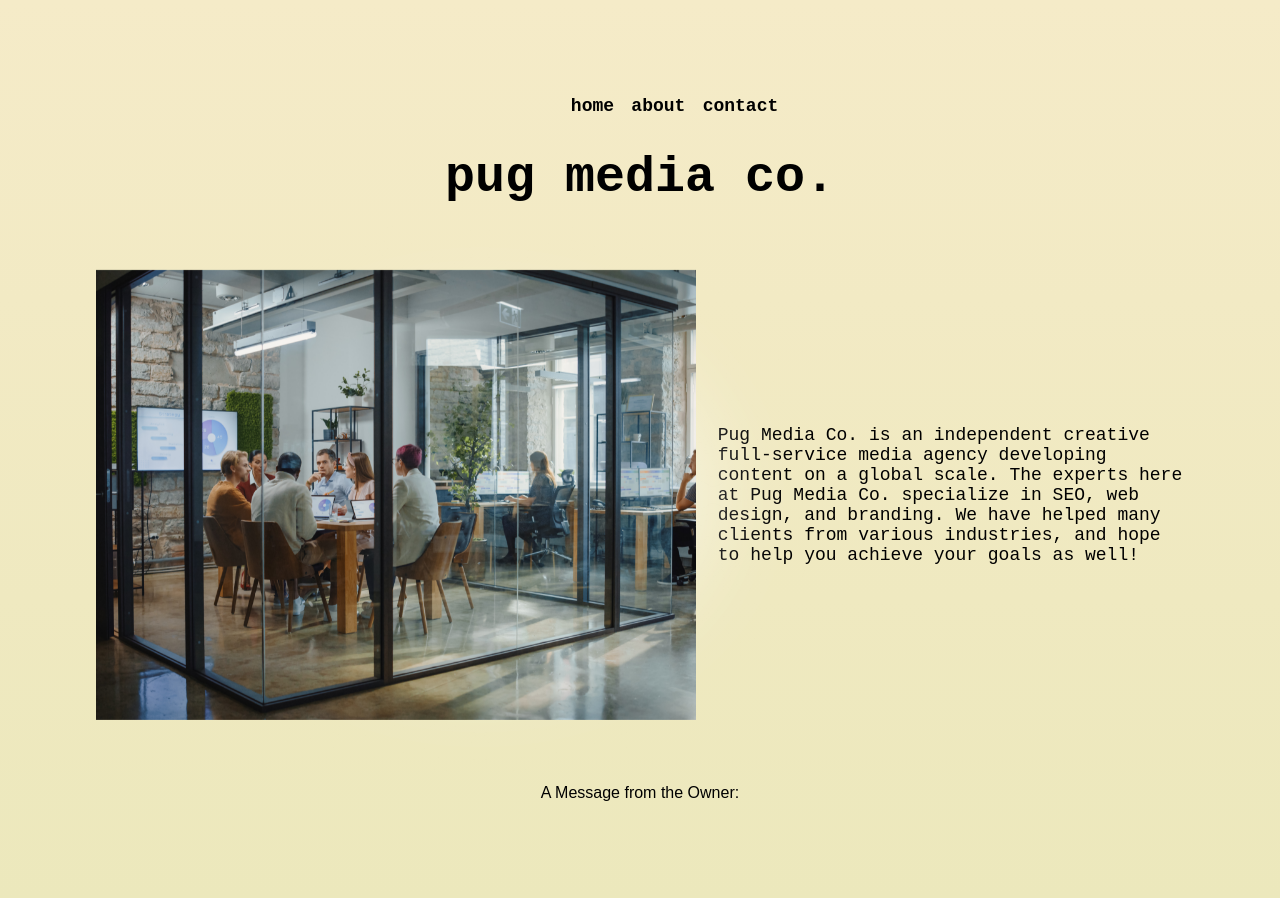
Repository: cheungglenda/MDIA2109-Week3
Page: /
An editor plug-in stored every save of this project. The page is shown before and after the next save, followed by the edit.
The browser window is 1280 px wide. The pictures show the whole page.
The project was rebuilt for these pictures with package versions that can differ from the ones it lists, and the page was loaded fresh each time. The framework's server and built-in components were replaced by stand-ins that run in the browser. Also part of the build but not shown: next.config.js, components/Card/index.js.

Above is the page before, as saved 2023-01-20 19:00:57.

### pages/index.js
import Head from 'next/head'
import Image from 'next/image'
import { Inter } from '@next/font/google'
import styles from '@/styles/Home.module.css'
import data from '../data/education.json'
import { useState } from 'react'
import Card from '../components/Card'
import Link from 'next/link'

const inter = Inter({ subsets: ['latin'] })

export default function Home() {

  /** ([...data]) enters the data in the useState and is calling that info. the useState has all the data from the education.json file */
  const [information, setInformation] = useState([...data])
  console.log(data);

  return (
    <>
      <Head>
        <title>Pug Media Co.</title>
        <meta name="description" content="Full-service digital marketing agency" />
        <meta name="viewport" content="width=device-width, initial-scale=1" />
        <link rel="icon" href="/favicon.ico" />
      </Head>
      <main className={styles.main}>
        <div className={styles.buttons}>
      <Link href="/" className={styles.links}>Home</Link>
      <Link href="../about" className={styles.links}>About</Link>
      <Link href="/" className={styles.links}>Contact</Link>
        </div>

        <div className={styles.meetTitle}>Pug Media Co.</div>
        <div className={styles.center}>
          <Image
            className={styles.logo}
            src="/office.jpeg"
            width={600}
            height={450}
          />
          <div className={styles.homeDesc}>
            Pug Media Co. is an independent creative full-service media agency developing content on a global scale. The experts here at Pug Media Co. specialize in SEO, web design, and branding. We have helped many clients from various industries, and hope to help you achieve your goals as well!
          </div>
        </div>


        <div className={styles.grid}>
          <div>A Message from the Owner:</div>

        </div>
      </main>
    </>
  )
}

/** .toLowerCase() is input when you don't want to worry about case sensitivity */

### styles/Home.module.css
.main {
  display: flex;
  flex-direction: column;
  justify-content: space-between;
  align-items: center;
  padding: 6rem;
  font-family:arial;
  min-height: 100vh;
  background-image: linear-gradient(rgb(245, 235, 200), rgb(236, 232, 188));

}

.buttons {
  display: flex;
  flex-direction:row;
  justify-content: space-evenly;
  margin-bottom:3%;
}

.links:hover {
  text-decoration:underline;
}

.links {
  font-size: 18px;
  max-width: var(--max-width);
  width: 100%;
  font-weight:900;
  font-family: 'Courier New', Courier, monospace;
  text-transform:lowercase;
  padding-left:10%;
}

.description {
  display: inherit;
  justify-content: inherit;
  align-items: inherit;
  font-size: 15px;
  max-width: var(--max-width);
  width: 100%;
  font-family: var(--font-mono);
}

.homeDesc {
  font-size: 18px;
  font-family:'Courier New', Courier, monospace;
  margin-left:2%;
}

.description a {
  display: flex;
  justify-content: center;
  align-items: center;
  gap: 0.5rem;
}

.description p {
  position: relative;
  margin: 0;
  padding: 1rem;
  background-color: rgba(var(--callout-rgb), 0.5);
  border: 1px solid rgba(var(--callout-border-rgb), 0.3);
  border-radius: var(--border-radius);
}

.code {
  font-weight: 700;
  font-family: var(--font-mono);
}

.meetTitle {
  font-size: 50px;
  font-weight:700;
  text-transform:lowercase;
  font-family:'Courier New', Courier, monospace;
  text-align:center;
}

.grid {
  display: flex;
  justify-content:center;
  width: var(--max-width);
  max-width: 100%;
  align-items:center;
  flex: 1;
}

.card {
  padding: 1rem 1.2rem;
  border-radius: var(--border-radius);
  background: rgba(var(--card-rgb), 0);
  border: 1px solid rgba(var(--card-border-rgb), 0);
  transition: background 200ms, border 200ms;
}

.card span {
  display: inline-block;
  transition: transform 200ms;
}

.info {
  font-family:Arial, Helvetica, sans-serif;
}

.card h2 {
  font-weight: 600;
  margin-bottom: 0.7rem;
}

.card p {
  margin: 0;
  opacity: 0.6;
  font-size: 0.9rem;
  line-height: 1.5;
  max-width: 30ch;
}


.employees {
  display:flex;
  gap:20px;
  width: 80%;
  text-align:center;
  font-family:'Courier New', Courier, monospace;
}

.titleDesc {
  font-size:16px;
  margin-bottom:3%;
}

.center {
  display: flex;
  justify-content: center;
  align-items: center;
  position: relative;
  padding: 4rem 0;
}

.center::before {
  background: var(--secondary-glow);
  border-radius: 50%;
  width: 480px;
  height: 360px;
  margin-left: -400px;
}

.center::after {
  background: var(--primary-glow);
  width: 240px;
  height: 180px;
  z-index: -1;
}

.center::before,
.center::after {
  content: '';
  left: 50%;
  position: absolute;
  filter: blur(45px);
  transform: translateZ(0);
}

.logo,
.thirteen {
  position: relative;
  object-fit:cover;
}

.thirteen {
  display: flex;
  justify-content: center;
  align-items: center;
  width: 75px;
  height: 75px;
  padding: 25px 10px;
  margin-left: 16px;
  transform: translateZ(0);
  border-radius: var(--border-radius);
  overflow: hidden;
  box-shadow: 0px 2px 8px -1px #0000001a;
}

.thirteen::before,
.thirteen::after {
  content: '';
  position: absolute;
  z-index: -1;
}

/* Conic Gradient Animation */
.thirteen::before {
  animation: 6s rotate linear infinite;
  width: 200%;
  height: 200%;
  background: var(--tile-border);
}

/* Inner Square */
.thirteen::after {
  inset: 0;
  padding: 1px;
  border-radius: var(--border-radius);
  background: linear-gradient(
    to bottom right,
    rgba(var(--tile-start-rgb), 1),
    rgba(var(--tile-end-rgb), 1)
  );
  background-clip: content-box;
}

/* Enable hover only on non-touch devices */
@media (hover: hover) and (pointer: fine) {
  .card:hover {
    background: rgba(var(--card-rgb), 0.1);
    border: 1px solid rgba(var(--card-border-rgb), 0.15);
  }

  .card:hover span {
    transform: translateX(4px);
  }
}

@media (prefers-reduced-motion) {
  .thirteen::before {
    animation: none;
  }

  .card:hover span {
    transform: none;
  }
}

/* Mobile */
@media (max-width: 700px) {
  .content {
    padding: 4rem;
  }

  .grid {
    grid-template-columns: 1fr;
    margin-bottom: 120px;
    max-width: 320px;
    text-align: center;
  }

  .card {
    padding: 1rem 2.5rem;
  }

  .card h2 {
    margin-bottom: 0.5rem;
  }

  .center {
    padding: 8rem 0 6rem;
  }

  .center::before {
    transform: none;
    height: 300px;
  }

  .description {
    font-size: 0.8rem;
  }

  .description a {
    padding: 1rem;
  }

  .description p,
  .description div {
    display: flex;
    justify-content: center;
    position: fixed;
    width: 100%;
  }

  .description p {
    align-items: center;
    inset: 0 0 auto;
    padding: 2rem 1rem 1.4rem;
    border-radius: 0;
    border: none;
    border-bottom: 1px solid rgba(var(--callout-border-rgb), 0.25);
    background: linear-gradient(
      to bottom,
      rgba(var(--background-start-rgb), 1),
      rgba(var(--callout-rgb), 0.5)
    );
    background-clip: padding-box;
    backdrop-filter: blur(24px);
  }

  .description div {
    align-items: flex-end;
    pointer-events: none;
    inset: auto 0 0;
    padding: 2rem;
    height: 200px;
    background: linear-gradient(
      to bottom,
      transparent 0%,
      rgb(var(--background-end-rgb)) 40%
    );
    z-index: 1;
  }
}

/* Tablet and Smaller Desktop */
@media (min-width: 701px) and (max-width: 1120px) {
  .grid {
    grid-template-columns: repeat(2, 50%);
  }
}

@media (prefers-color-scheme: dark) {

  .main {
    background-image: linear-gradient(rgb(51, 65, 14), rgb(169, 169, 110));
  }

  .vercelLogo {
    filter: invert(1);
  }

  .meetTitle {
    color:white;
  }

  .titleDesc {
    color:white;
  }

  .links {
    color: white;
  }

  .employees {
    color: black;
  }
}

@keyframes rotate {
  from {
    transform: rotate(360deg);
  }
  to {
    transform: rotate(0deg);
  }
}

### data/education.json
[
        {
            "studentNumber": "A0004567",
            "firstName": "Person 1",
            "gpa": 3.8,
            "department": "Business",
            "degree": "Finance",
            "graduted": 2014
        },
        {
            "studentNumber": "A0001234",
            "firstName": "Person 2",
            "gpa": 3.5,
            "department": "Business",
            "degree": "Accounting",
            "graduted": 2010
        },
        {
            "studentNumber": "A0007890",
            "firstName": "Person 3",
            "gpa": 3.2,
            "department": "Computing",
            "degree": "Applied Software Development Certificate",
            "graduted": 2018
        },
        {
            "studentNumber": "A0007828",
            "firstName": "Person 4",
            "gpa": 3.9,
            "department": "Computing",
            "degree": "Computer Systems Diploma",
            "graduted": 2021
        },
        {
            "studentNumber": "A0003425",
            "firstName": "Person 5",
            "gpa": 3.2,
            "department": "Computing",
            "degree": "Applied Computer Information Systems Certificate",
            "graduted": 2021
        }
]

Loaded but not shown: pages/_app.js (common file); pages/_document.js (common file); pages/api/hello.js (common file); styles/globals.css (common file)

After the next save:
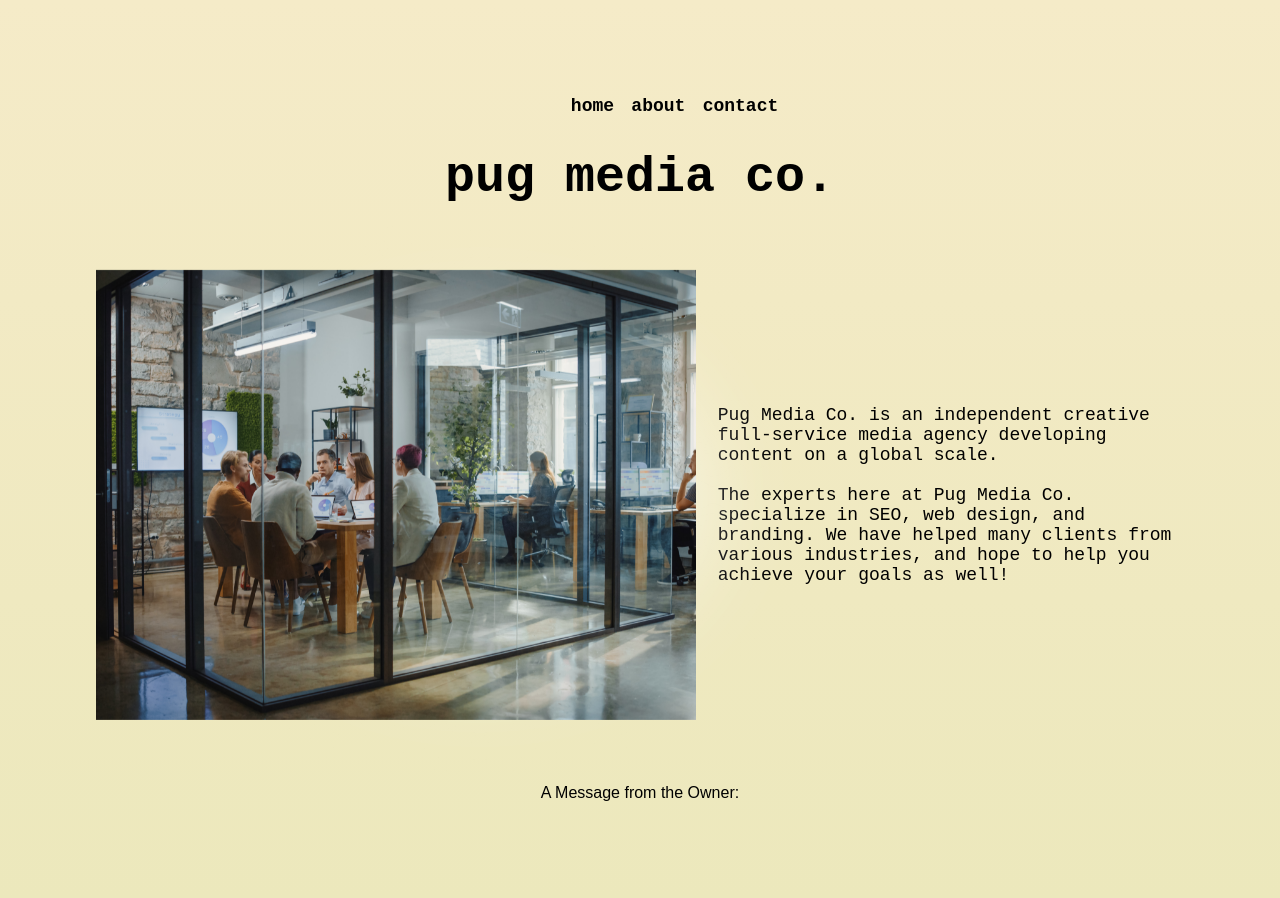
Saved 40 s later.
--- a/pages/index.js
+++ b/pages/index.js
@@ -39,7 +39,7 @@ export default function Home() {
             height={450}
           />
           <div className={styles.homeDesc}>
-            Pug Media Co. is an independent creative full-service media agency developing content on a global scale. The experts here at Pug Media Co. specialize in SEO, web design, and branding. We have helped many clients from various industries, and hope to help you achieve your goals as well!
+            Pug Media Co. is an independent creative full-service media agency developing content on a global scale. <br></br><br></br>The experts here at Pug Media Co. specialize in SEO, web design, and branding. We have helped many clients from various industries, and hope to help you achieve your goals as well!
           </div>
         </div>
 
